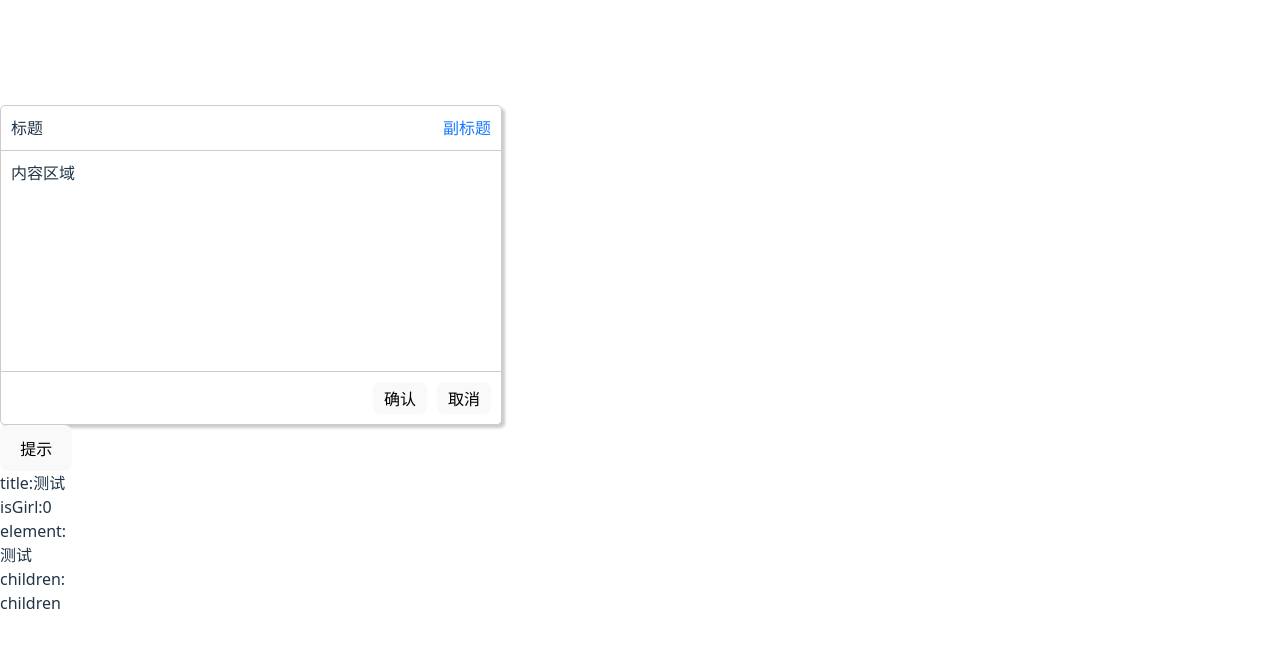
Repository: EDMZJJJ/learn-react
Page: /
An editor plug-in stored every save of this project. The page is shown before and after the next save, followed by the edit.
The browser window is 1280 px wide. The pictures show the whole page.
The project was rebuilt for these pictures with package versions that can differ from the ones it lists, and the page was loaded fresh each time. Also part of the build but not shown: vite.config.ts, src/components/Message/index.css, src/components/Message/index.tsx.

Above is the page before, as saved 2026-03-10 23:05:44.

### index.html
<!doctype html>
<html lang="en">
  <head>
    <meta charset="UTF-8" />
    <link rel="icon" type="image/svg+xml" href="/vite.svg" />
    <meta name="viewport" content="width=device-width, initial-scale=1.0" />
    <title>learn-react</title>
  </head>
  <body>
    <div id="root"></div>
    <script type="module" src="/src/main.tsx"></script>
  </body>
</html>

### src/main.tsx
import { StrictMode } from 'react'
import { createRoot } from 'react-dom/client'
import './index.css'
import App from './App.tsx'
import './components/Message/index.tsx'
createRoot(document.getElementById('root')!).render(
  <StrictMode>
    <App />
  </StrictMode>,
)

### src/App.tsx
import Card from "./components/Card"
import Test from "./components/Test"

function App() {
  //所有hook都必须在组件的最顶层调用，不能在循环或条件语句中调用它。

  return (
    <>
      <Card></Card>
      {/* 全局组件 */}
      <button onClick={() => window.onShow()}>提示</button>

      {/* 组件通信 */}
      <Test
        title={'测试'}
        id={1}
        obj={{ a: 1, b: 2 }}
        arr={[1, 2, 3]}
        cb={(a: number, b: number) => a + b}
        empty={null}
        element={<div>测试</div>}
        isGirl={false}
      >
        <div>children</div>
      </Test>
    </>
  )
}

export default App

### src/components/Card/index.tsx
import './index.css'

export default function Card() {
    return (
        <div className='card'>
            <header>
                <div>标题</div>
                <div>副标题</div>
            </header>
            <main>
                内容区域
            </main>
            <footer>
                 <button>确认</button>
                 <button>取消</button>
            </footer>
        </div>
    )
}

### src/components/Test/index.tsx
import type { JSX } from "react"
import React from "react"
interface Props {
    title?: string
    id: number
    obj: {
        a: number
        b: number
    }
    arr: number[]
    cb: (a: number, b: number) => number
    empty: null
    element: JSX.Element,
    isGirl:boolean,
    children:React.ReactNode //在之前的版本children是不需要手动定义的，在18之后改为需要手动定义类型
}
// 第二种默认值的方式
// const defaultProps: Partial<Props> = {
//     title: '默认标题',
// }
// const Test:React.FC<Props> = (props)=>{
// const { title } = { ...defaultProps, ...props }
//   console.log(props)
//   return (
//     <>
//     <div>title:{title}</div>
//     <div>isGirl:{props.isGirl?1:0}</div>
//     <div>子组件test:{props.element}</div>
//     </>
//   )
// }

// React.FC是函数式组件，是在TS使用的一个范型。FC是Function Component的缩写
// React.FC 帮助我们自动推导Props的类型。

// 第一种默认值的方式
const Test:React.FC<Props> = ({title = '默认标题',...props})=>{
  console.log(props)
  return (
    <>
    <div>title:{title}</div>
    <div>isGirl:{props.isGirl?1:0}</div>
    <div>element:{props.element}</div>
    <div>children:{props.children}</div>
    </>
  )
}
export default Test

### src/components/Card/index.css
.card {
  background: white;
  border-radius: 5px;
  border: 1px solid #ccc;
  width: 500px;
  box-shadow: 3px 3px 3px #ccc;

  header {
    display: flex;
    justify-content: space-between;
    align-items: center;
    border-bottom: 1px solid #ccc;
    padding: 10px;

    div:last-child {
      color: #1677ff;
    }
  }

  main {
    min-height: 200px;
    border-bottom: 1px solid #ccc;
    padding: 10px;
  }
  footer {
    display: flex;
    justify-content: flex-end;
    align-items: center;
    padding: 10px;
    button {
      margin-left: 10px;
      padding: 3px 10px;
    }
  }
}

Loaded but not shown: src/index.css (common file)

After the next save:
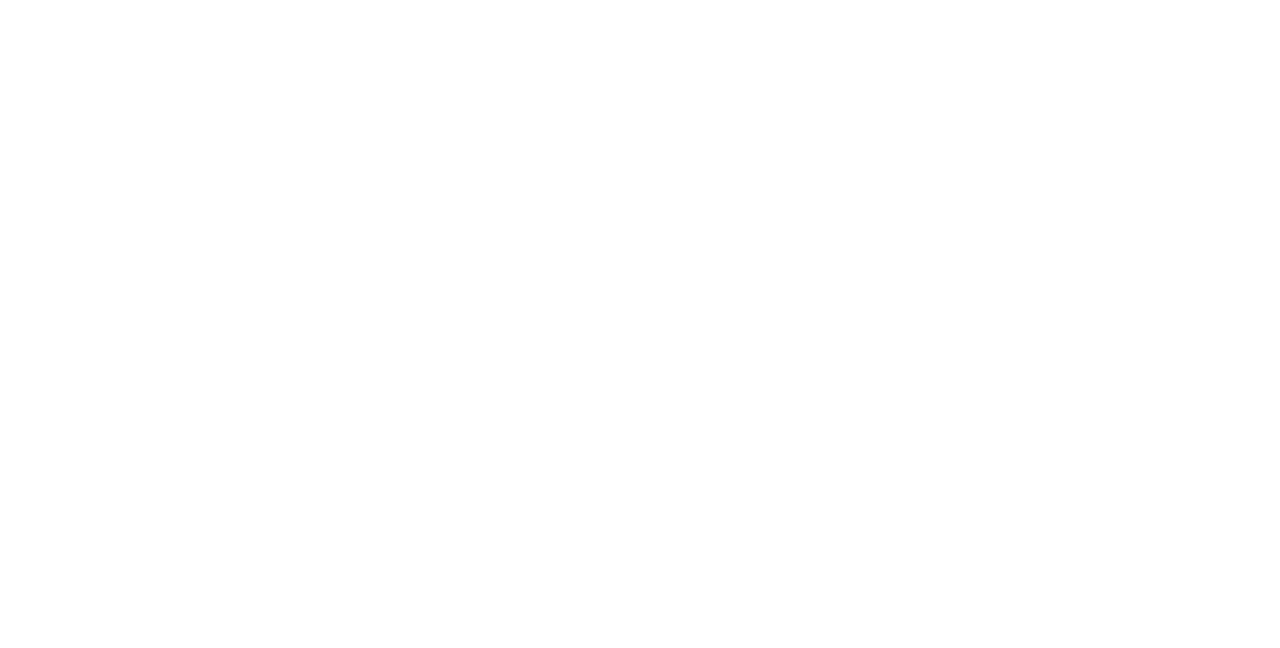
Console error: ReferenceError: fn is not defined
Saved 62 s later.
--- a/src/App.tsx
+++ b/src/App.tsx
@@ -20,6 +20,7 @@ function App() {
         empty={null}
         element={<div>测试</div>}
         isGirl={false}
+        callback={fn}
       >
         <div>children</div>
       </Test>

After the save that followed:
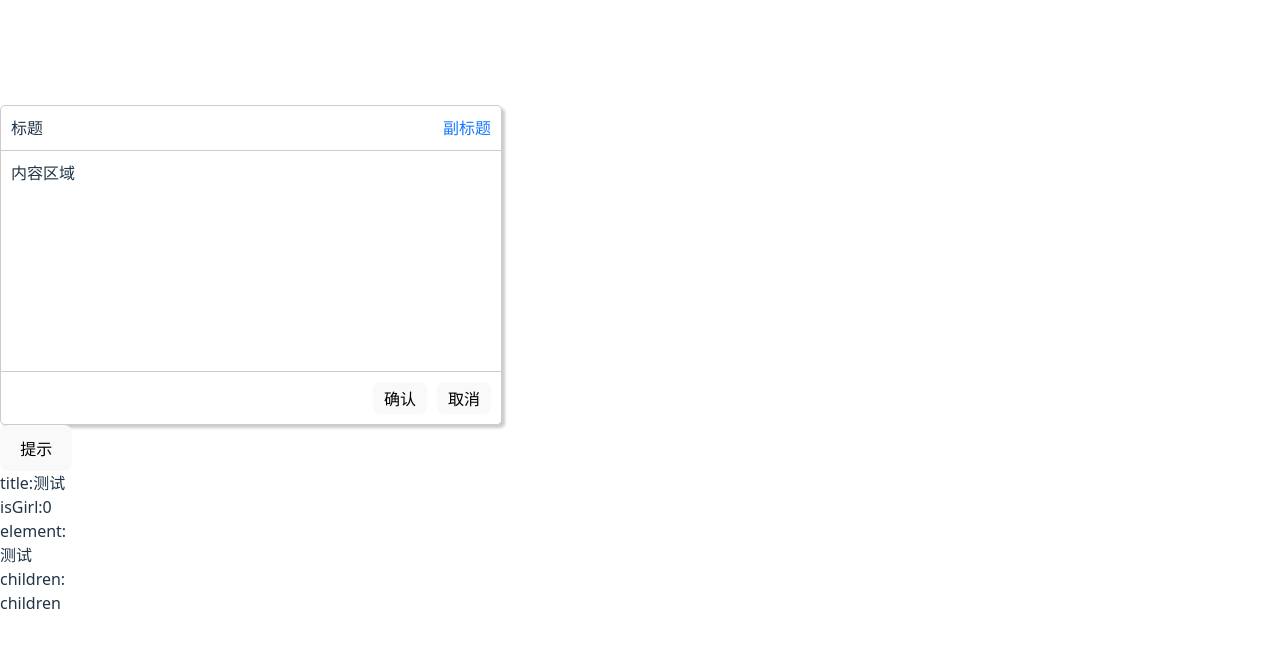
The error is gone.
Saved 16 s later.
--- a/src/App.tsx
+++ b/src/App.tsx
@@ -3,7 +3,9 @@ import Test from "./components/Test"
 
 function App() {
   //所有hook都必须在组件的最顶层调用，不能在循环或条件语句中调用它。
-
+  const fn = ()=>{
+    return ''
+  }
   return (
     <>
       <Card></Card>
